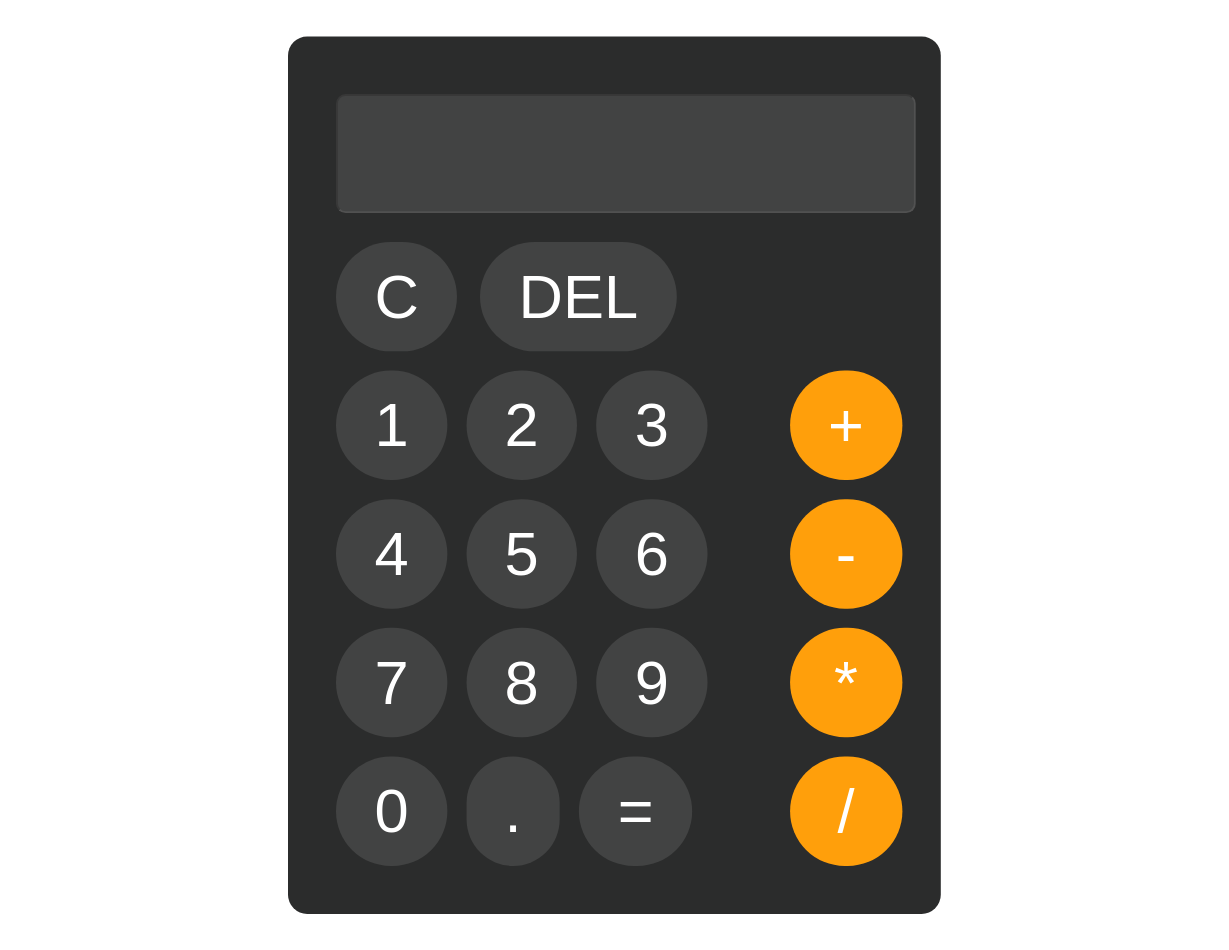
Repository: jaskeat/Calculator
Page: index.html
These files come from the project's save history. The page is drawn as it stood at one moment and after the next save; the edit follows.
The browser window is 1280 px wide. The pictures show the whole page, at 96% of full size.

Above is the page before, as saved 2024-09-14 14:51:13.

### index.html
<!DOCTYPE html>
<html lang="en">
	<head>
		<meta charset="UTF-8" />
		<meta name="viewport" content="width=device-width, initial-scale=1.0" />
		<title>Calculator</title>
		<link rel="stylesheet" href="style.css" />
	</head>
	<body>
		<div class="calculator">
			<div class="display">
				<input type="text" class="display-input" value="" disabled />
			</div>

			<div class="extrabtn">
				<button class="btn" onclick="clearDisplay()">C</button>
				<button class="btn" onclick="deleteLast()">DEL</button>
			</div>

			<div class="buttons">
				<div class="operators">
					<button class="btn obtn" onclick="operator('+',this)">+</button>
					<button class="btn obtn" onclick="operator('-',this)">-</button>
					<button class="btn obtn" onclick="operator('*',this)">*</button>
					<button class="btn obtn" onclick="operator('/',this)">/</button>
				</div>

				<div class="numbers">
					<button class="btn nbtn" onclick="append('1')">1</button>
					<button class="btn nbtn" onclick="append('2')">2</button>
					<button class="btn nbtn" onclick="append('3')">3</button>
					<button class="btn nbtn" onclick="append('4')">4</button>
					<button class="btn nbtn" onclick="append('5')">5</button>
					<button class="btn nbtn" onclick="append('6')">6</button>
					<button class="btn nbtn" onclick="append('7')">7</button>
					<button class="btn nbtn" onclick="append('8')">8</button>
					<button class="btn nbtn" onclick="append('9')">9</button>
					<button class="btn nbtn" onclick="append('0')">0</button>
					<button class="btn nbtn" onclick="append('.')">.</button>
					<button class="btn" onclick="calculate()">=</button>
				</div>
				</div>
			</div>
		</div>
		<script src="script.js"></script>
	</body>
</html>

### style.css
:root {
	--primary-color: #2b2c2c;
	--button-color: #424343;
	--operator-color: #ff9f0b;
}

body {
	display: flex;
	justify-content: center;
	align-items: center;
}

.calculator {
	width: 600px;
	max-width: 1200px;
	height: auto;
	margin: 30px;
	padding: 40px;
	background-color: var(--primary-color);
	border-radius: 20px;
}

button {
	border-radius: 60px;
	font-size: 2.6rem;
	background-color: var(--button-color);
	color: white;
	border: none;
}

button:hover {
	background-color: lightgrey;
	cursor: pointer;
}

input {
	width: 560px;
	height: 100px;
	font-size: 4rem;
	text-align: right;
	border-radius: 10px;
	margin: 20px 10px;
	background-color: var(--button-color);
	padding: 10px 20px;
	color: white;
}

.operators {
	display: flex;
	flex-direction: column;
	width: auto;
}

.operators button {
	width: auto;
	height: auto;
	margin: 10px 0;
	background-color: var(--operator-color);
}

.numbers {
	display: flex;
	flex-wrap: wrap;
	height: auto;
	width: 500px;
}

.buttons {
	display: flex;
	flex-direction: row-reverse;
	justify-content: space-between;
	font-size: 4rem;
}

.btn {
	font-size: 4rem;
	padding: 20px 40px;
	margin: 10px;
}

.btn.highlighted {
	background-color: #0080ff; /* Replace with your highlight color */
}

### script.js
let num1;
let symbol;

function append(number) {
	const display = document.getElementsByClassName("display-input");

	if (display[0].value.includes(".") && number === ".") {
		return;
	} else if (display[0].value.length <= 10) {
		display[0].value = display[0].value + number;
	}
}

function operator(n, buttonElement) {
	const display = document.getElementsByClassName("display-input");

	num1 = document.getElementsByClassName("display-input");
	num1 = num1[0].value;

	symbol = n;

	num1.value = "";

	display[0].value = "";

	const operatorButtons = document.getElementsByClassName("obtn");
	for (let i = 0; i < operatorButtons.length; i++) {
		operatorButtons[i].classList.remove("highlighted");
	}

	// Add the highlighted class to the clicked button
	buttonElement.classList.add("highlighted");

	return num1, symbol;
}

function calculate() {
	const operatorButtons = document.getElementsByClassName("obtn");
	for (let i = 0; i < operatorButtons.length; i++) {
		operatorButtons[i].classList.remove("highlighted");
	}

	const display = document.getElementsByClassName("display-input");
	num2 = document.getElementsByClassName("display-input");
	num2 = num2[0].value;

	let result;

	switch (symbol) {
		case "+":
			result = parseInt(num1) + parseInt(num2);
			display[0].value = result;
			break;
		case "-":
			result = parseFloat(num1) - parseFloat(num2);
			display[0].value = result;
			break;
		case "*":
			result = parseFloat(num1) * parseFloat(num2);
			display[0].value = result;
			break;
		case "/":
			result = parseFloat(num1) / parseFloat(num2);
			display[0].value = result;
			break;
		default:
			return;
	}
}

// TODO: Add a function to clear buttons
function clearDisplay() {
	const display = document.getElementsByClassName("display-input");
	display[0].value = "";
	num1 = "";
	num2 = "";
	symbol = "";

	const operatorButtons = document.getElementsByClassName("obtn");
	for (let i = 0; i < operatorButtons.length; i++) {
		operatorButtons[i].classList.remove("highlighted");
	}
}

function deleteLast() {
	const display = document.getElementsByClassName("display-input");
	display[0].value = display[0].value.slice(0, -1);
}

After the next save:
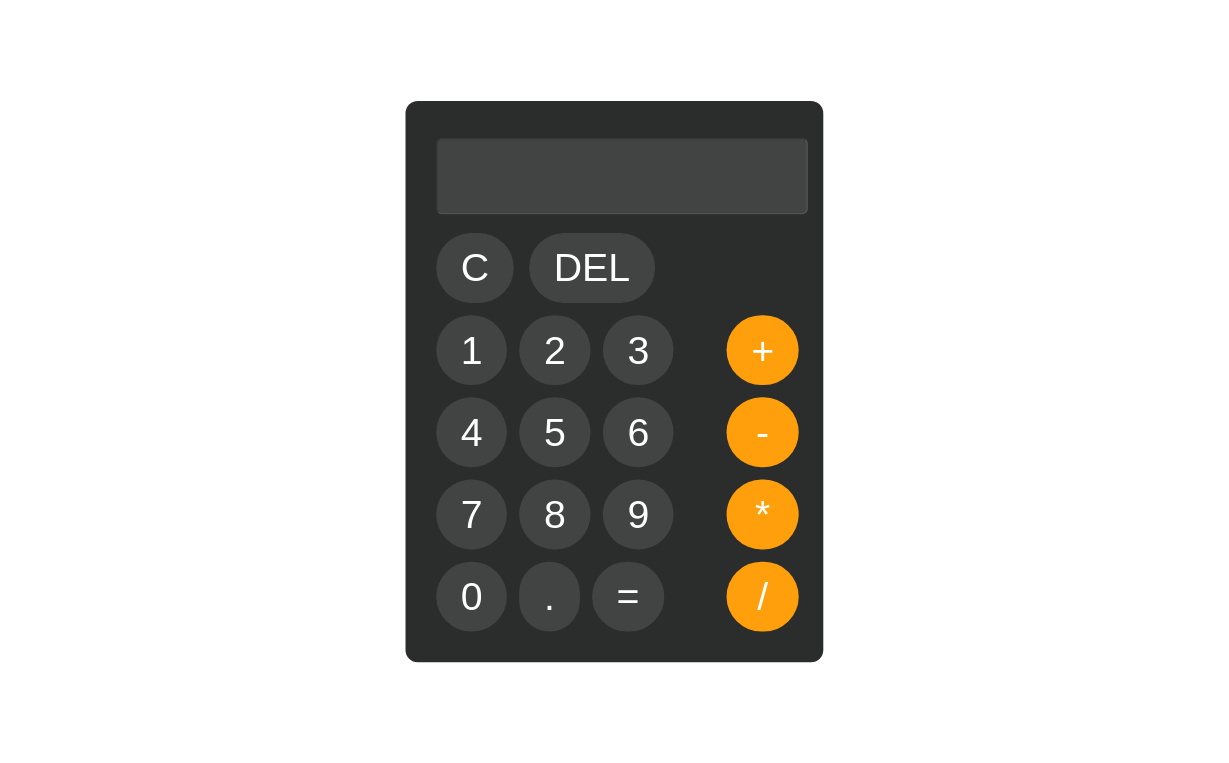
Saved 31 s later.
--- a/style.css
+++ b/style.css
@@ -8,21 +8,22 @@ body {
 	display: flex;
 	justify-content: center;
 	align-items: center;
+	transform: scale(0.8);
 }
 
 .calculator {
-	width: 600px;
-	max-width: 1200px;
+	width: 480px;
+	max-width: 960px;
 	height: auto;
-	margin: 30px;
-	padding: 40px;
+	margin: 24px;
+	padding: 32px;
 	background-color: var(--primary-color);
-	border-radius: 20px;
+	border-radius: 16px;
 }
 
 button {
-	border-radius: 60px;
-	font-size: 2.6rem;
+	border-radius: 48px;
+	font-size: 2.08rem;
 	background-color: var(--button-color);
 	color: white;
 	border: none;
@@ -34,14 +35,14 @@ button:hover {
 }
 
 input {
-	width: 560px;
-	height: 100px;
-	font-size: 4rem;
+	width: 448px;
+	height: 80px;
+	font-size: 3.2rem;
 	text-align: right;
-	border-radius: 10px;
-	margin: 20px 10px;
+	border-radius: 8px;
+	margin: 16px 8px;
 	background-color: var(--button-color);
-	padding: 10px 20px;
+	padding: 8px 16px;
 	color: white;
 }
 
@@ -54,7 +55,7 @@ input {
 .operators button {
 	width: auto;
 	height: auto;
-	margin: 10px 0;
+	margin: 8px 0;
 	background-color: var(--operator-color);
 }
 
@@ -62,20 +63,20 @@ input {
 	display: flex;
 	flex-wrap: wrap;
 	height: auto;
-	width: 500px;
+	width: 400px;
 }
 
 .buttons {
 	display: flex;
 	flex-direction: row-reverse;
 	justify-content: space-between;
-	font-size: 4rem;
+	font-size: 3.2rem;
 }
 
 .btn {
-	font-size: 4rem;
-	padding: 20px 40px;
-	margin: 10px;
+	font-size: 3.2rem;
+	padding: 16px 32px;
+	margin: 8px;
 }
 
 .btn.highlighted {
